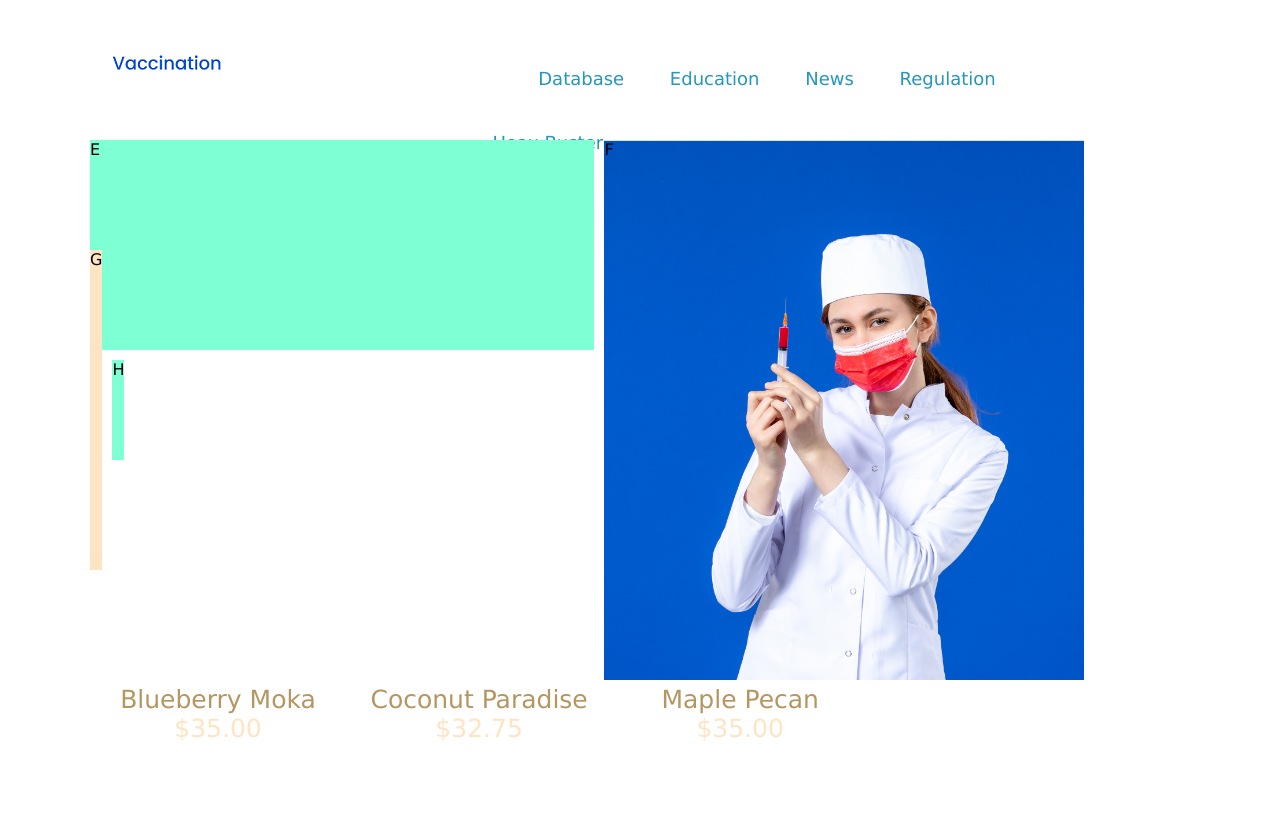
Repository: roge64/cssfrontend
Page: index.html
These files come from the project's save history. The page is drawn as it stood at one moment and after the next save; the edit follows.
The browser window is 1280 px wide. The pictures show the part of the page from y = 0 to 840 px (the page is 2133 px tall).
A picture or video elsewhere on the page could not be fetched, so the positions and the page height are approximate.

Above is the page before, as saved 2022-03-10 11:10:38.

After the next save:
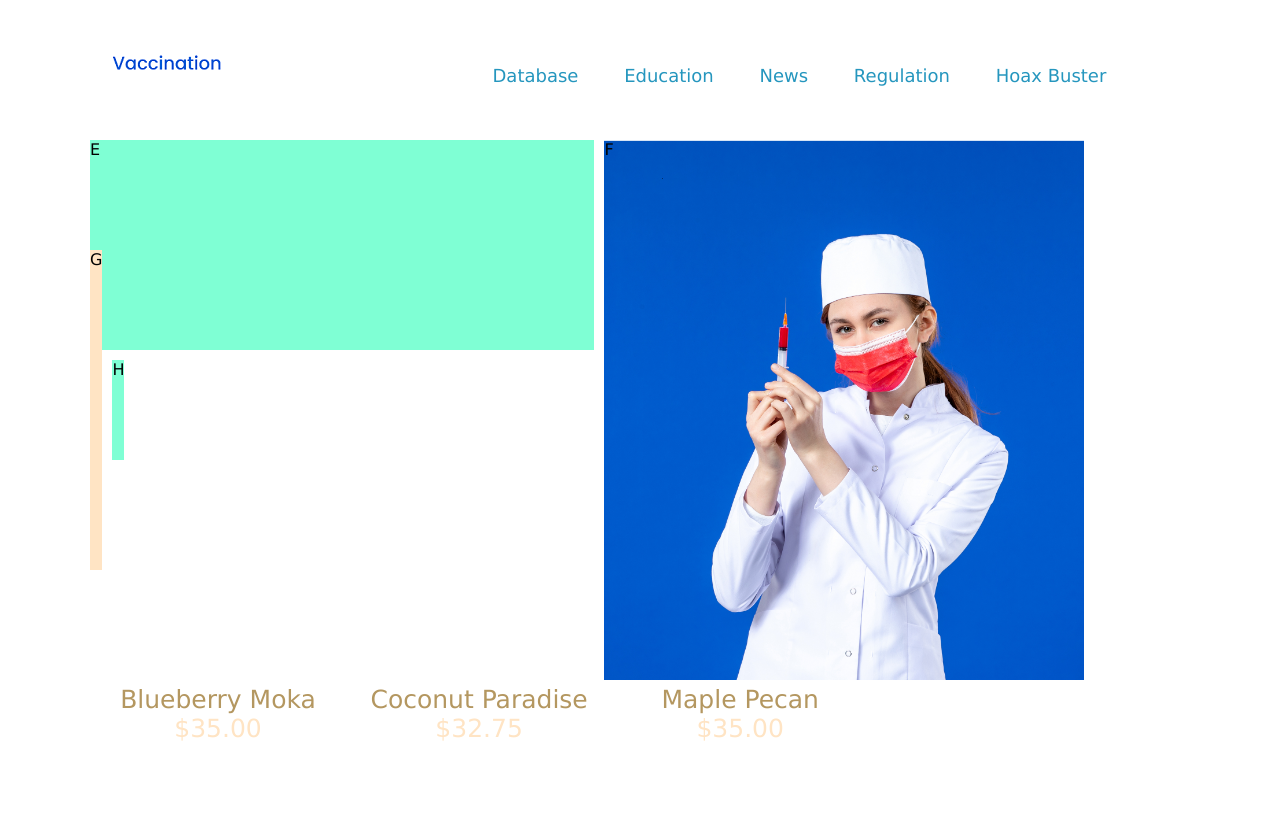
Saved 10 s later.
--- a/index.html
+++ b/index.html
@@ -25,7 +25,6 @@
         <article id="banner1" <a href="index.html"> <img src="/img/logo1.png" alt="logo.png"></a></article>
         <article id="banner2">
             <ul class="menu">
-                <li><a href="#void"></a></li>
                 <li><a href="#home"></a>Database</li>
                 <li><a href="#cakes"></a>Education</li>
                 <li><a href="#decor"></a>News</li>
